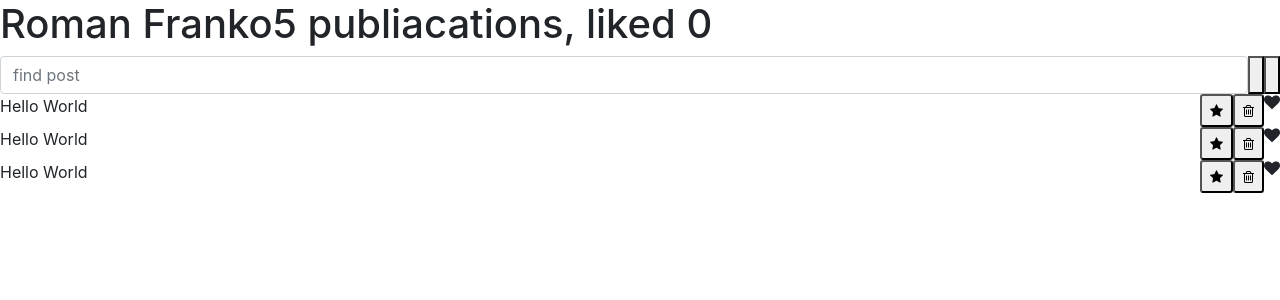
Repository: RomanFPL/Like-twiter
Page: /
The author's editor kept a copy of each file at every save. The page is drawn from the files as they stood at one save, then again after the next save.
The browser window is 1280 px wide. The pictures show the whole page.
The project was rebuilt for these pictures with package versions that can differ from the ones it lists, and the page was loaded fresh each time.

Above is the page before, as saved 2021-03-22 23:11:58.

### public/index.html
<!DOCTYPE html>
<html lang="en">
  <head>
    <meta charset="utf-8" />
    <link rel="icon" href="%PUBLIC_URL%/favicon.ico" />
    <link rel="stylesheet" href="https://stackpath.bootstrapcdn.com/bootstrap/4.5.2/css/bootstrap.min.css">
    <link rel="stylesheet" href="https://stackpath.bootstrapcdn.com/font-awesome/4.7.0/css/font-awesome.min.css">
    <meta name="viewport" content="width=device-width, initial-scale=1" />
    <title>React App</title>
  </head>
  <body>
    <noscript>You need to enable JavaScript to run this app.</noscript>
    <div id="root"></div>
  </body>
</html>

### src/index.js
import React from 'react';
import ReactDOM from 'react-dom';
import './index.css';
import App from './components/app/';

ReactDOM.render(
  <React.StrictMode>
    <App />
  </React.StrictMode>,
  document.getElementById('root')
);

// reportWebVitals();

### src/components/app/app.js
import React from 'react';

import AppHeader from '../app-header';
import SearchPanel from '../search-panel';
import PostStatusFilter from '../post-status-filter';
import PostList from '../post-list';
import PostAddForm from '../post-add-form';

const App = () => {
    return (
    <div className="app">
            <AppHeader/>
            <div className="search-panel d-flex">
                <SearchPanel/>
                <PostStatusFilter/>
            </div>
            <PostList/>
    </div>
    )
}

export default App;

### src/components/app-header/index.js
import AppHeader from './header';
export default AppHeader;

### src/components/search-panel/index.js
import SearchPanel from './search-panel'
export default SearchPanel

### src/components/post-add-form/index.js
import PostAddForm from './post-add-form';
export default PostAddForm;

### src/components/app-header/header.js
import React from 'react';


const AppHeader = () => {
    return (
        <div className="app-header d-flex">
            <h1>Roman Franko</h1>
            <h1>5 publiacations, liked 0</h1>
        </div>
    )
}

export default AppHeader;

### src/components/search-panel/search-panel.js
import React from 'react';

const SearchPanel = () => {
    return (
        <input
        className="form-control search-input"
        type="text"
        placeholder="find post"
        />
    )
}


export default SearchPanel;

### src/components/post-status-filter/post-status-filter.js
import React from 'react';

const PostStatusFilter = () => {
    return (
        <div className="btn-group">
            <button/>
            <button/>
        </div>
    )
}

export default PostStatusFilter;

### src/components/post-list/post-list.js
import React from 'react';
import PostListItem from '../post-list-item';



const PostList = () => {
    return (
        <ul className="app-list list-group">
            <PostListItem/>
            <PostListItem/>
            <PostListItem/>
        </ul>
    )
}

export default PostList;

### src/components/post-list-item/post-list-item.js
import React from 'react';

const PostListItem = () => {
    return (
        <li className="app-list d-flex justify-content-between">
            <span className="app-list-label">
                Hello World
            </span>
            <div className="d-flex justify-content-center alight-items-center">
                <button tupe="button" className="btn-star btn-sm">
                    <i className="fa fa-star"></i>
                </button>
                <button tupe="button" className="btn-trash btn-sm">
                    <i className="fa fa-trash-o"></i>
                </button>
                <i className="fa fa-heart"></i>
            </div>
        </li>
    )
}

export default PostListItem;

### src/components/post-add-form/post-add-form.js
import React from 'react';

const PostAddForm = () => {
    return (
        <form className="bottom-panel d-flex">
            <input
            type="text"
            placeholder="What do you think about?"
            className="form-control new-post-label"
            />
            <button
            type="submti"
            className="btn btn-outline-secondary">

            </button>
        </form>
    )
}


export default PostAddForm;

Loaded but not shown: src/index.css (common file); src/components/app/index.js (common file); src/components/post-status-filter/index.js (common file); src/components/post-list/index.js (common file); src/components/post-list-item/index.js (common file)

After the next save:
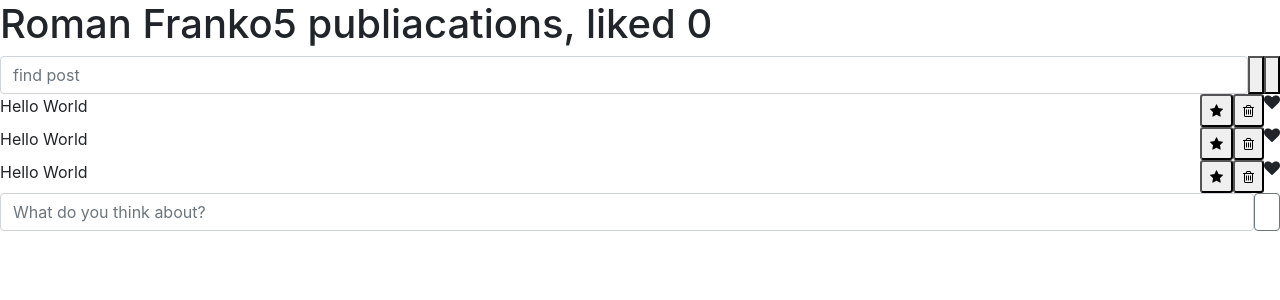
Saved 14 s later.
--- a/src/components/app/app.js
+++ b/src/components/app/app.js
@@ -15,6 +15,7 @@ const App = () => {
                 <PostStatusFilter/>
             </div>
             <PostList/>
+            <PostAddForm/>
     </div>
     )
 }
